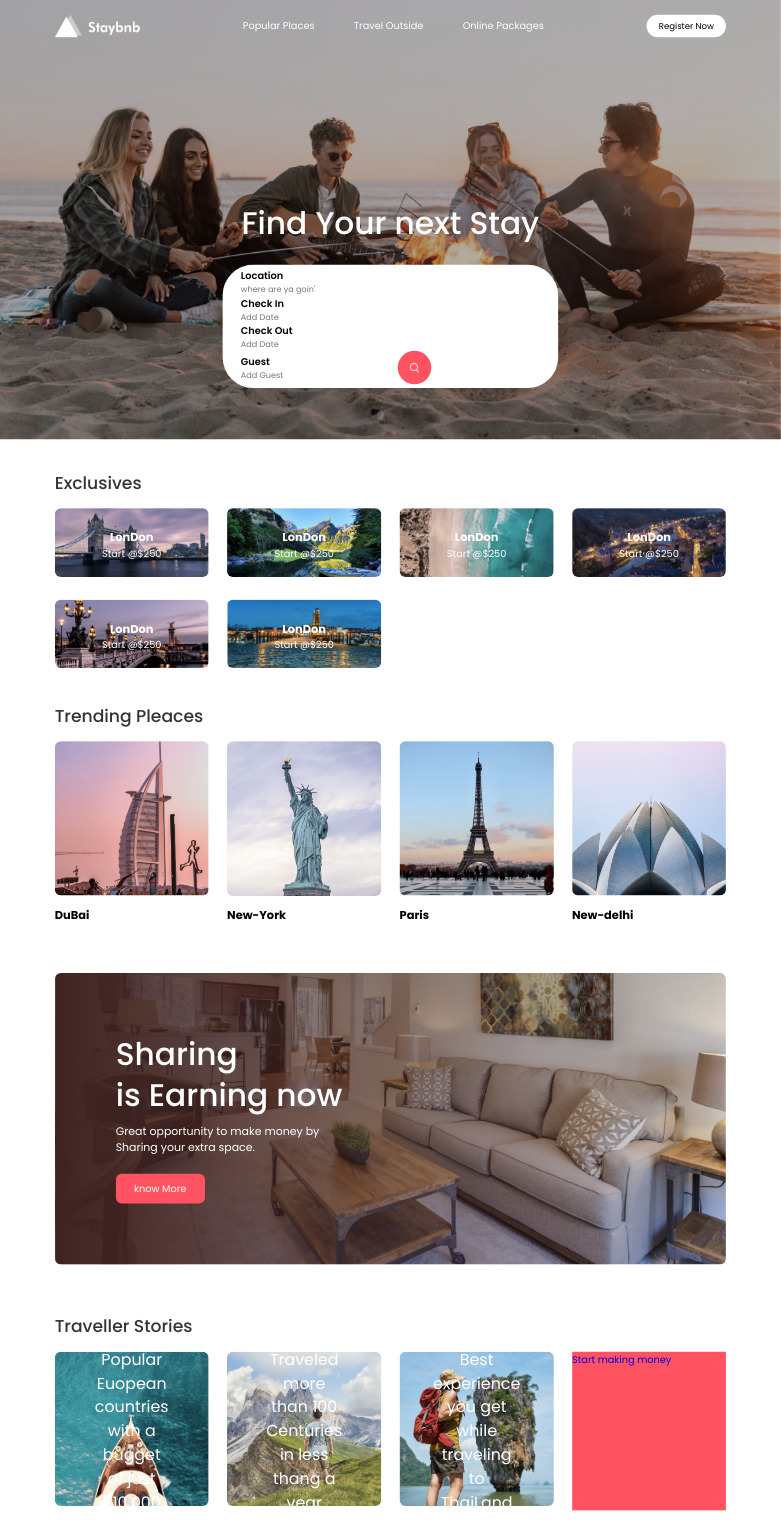
Repository: pinocoding/AirBnB
Page: house.html
These files come from the project's save history. The page is drawn as it stood at one moment and after the next save; the edit follows.
The browser window is 1280 px wide. The pictures show the whole page, at 61% of full size.

Above is the page before, as saved 2022-01-23 16:14:44.

After the next save:
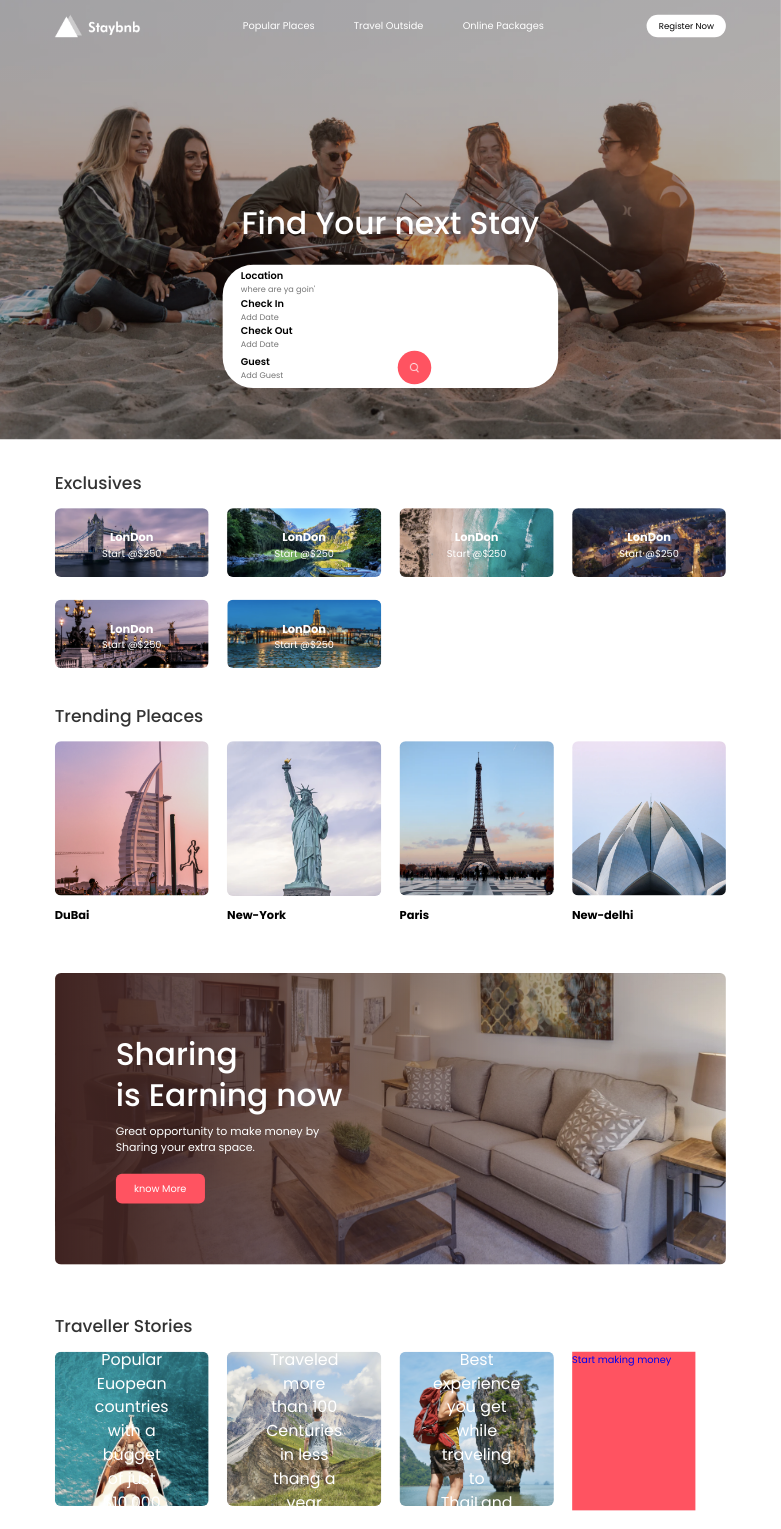
Saved 6 s later.
--- a/style.css
+++ b/style.css
@@ -205,4 +205,5 @@ padding-top: 22%
 .start-btn {
   text-decoration: none;
   background-color: #ff5361;
-}
+  width: 80%;
+}
